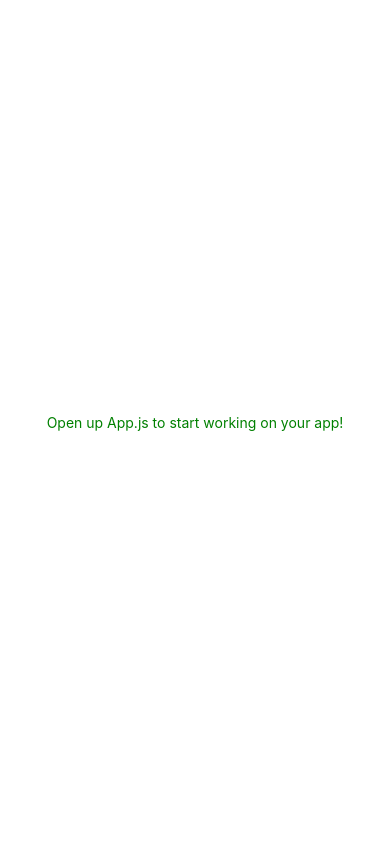
Repository: akinmiday/ReactNativeApp
Screen: /
The author's editor kept a copy of each file at every save. The screen is drawn from the files as they stood at one save, then again after the next save.
The app was drawn by React Native's web renderer in a window 390 px wide. The project was rebuilt for these pictures with package versions that can differ from the ones it lists, and the page was loaded fresh each time. Some packages were replaced by stand-ins written for this rebuild.

Above is the screen before, as saved 2023-08-03 06:43:25.

After the next save:
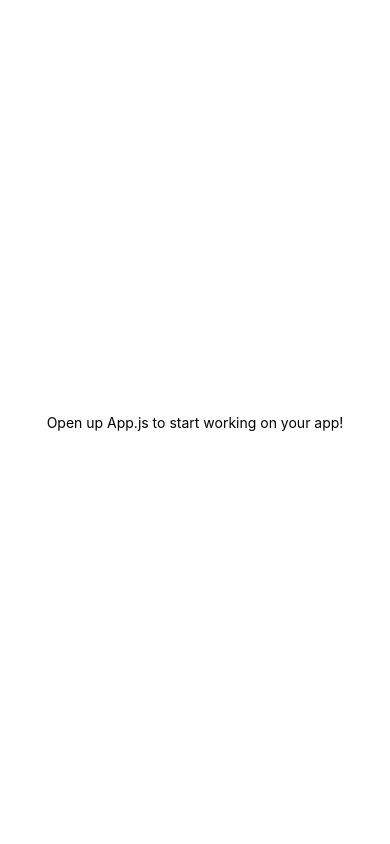
Saved 22 s later.
--- a/App.js
+++ b/App.js
@@ -20,6 +20,6 @@ const styles = StyleSheet.create({
     justifyContent: "center",
   },
   text: {
-    color: "green",
+    color: "ggFFaa",
   },
 });
